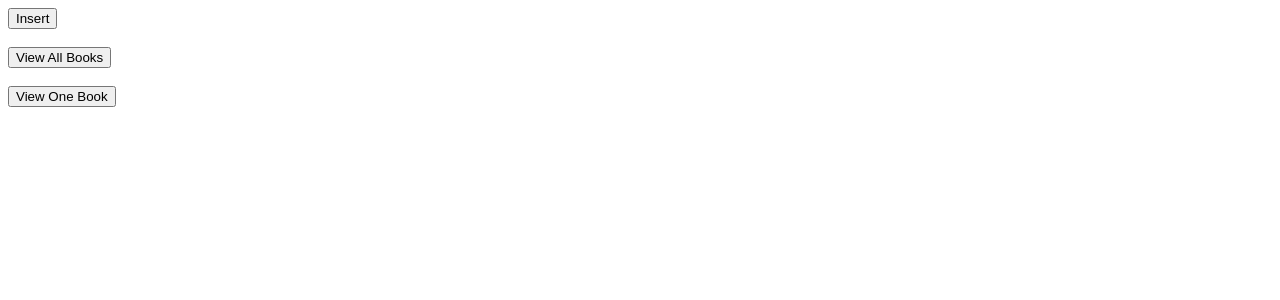
Repository: KoviAnusha/Typescript-files
Page: workspace-sts-3.9.9.RELEASE/BookHomeAssignment/WebContent/Index.html
The author's editor kept a copy of each file at every save. The page is drawn from the files as they stood at one save, then again after the next save.
The browser window is 1280 px wide. The pictures show the whole page.

Above is the page before, as saved 2019-08-23 16:35:28.

After the next save:
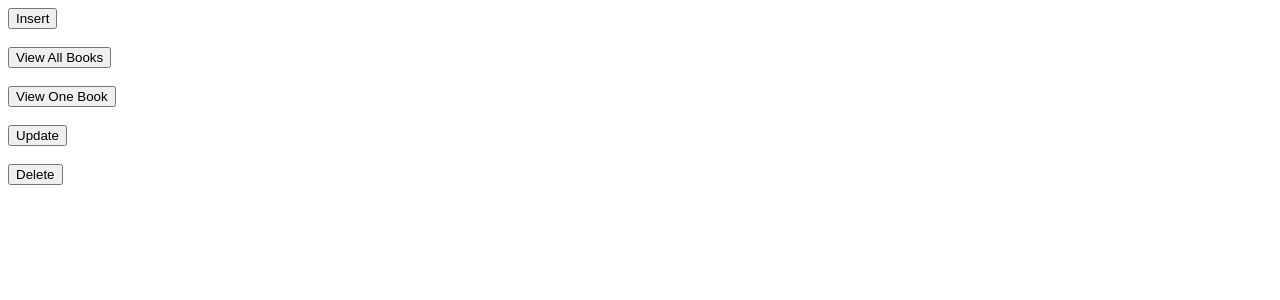
Saved 48 s later.
--- a/workspace-sts-3.9.9.RELEASE/BookHomeAssignment/WebContent/Index.html
+++ b/workspace-sts-3.9.9.RELEASE/BookHomeAssignment/WebContent/Index.html
@@ -9,6 +9,8 @@
 <a href="../InsertBooks.html"><button>Insert</button></a><br><br>
 <a href="../ViewAllBook.html"><button>View All Books</button></a><br><br>
 <a href="../ViewOneBook.html"><button>View One Book</button></a><br><br>
+<a href="../Update.html"><button>Update</button></a><br><br>
+<a href="../Delete.html"><button>Delete</button></a><br><br>
 </form>
 </body>
 </html>

After the save that followed:
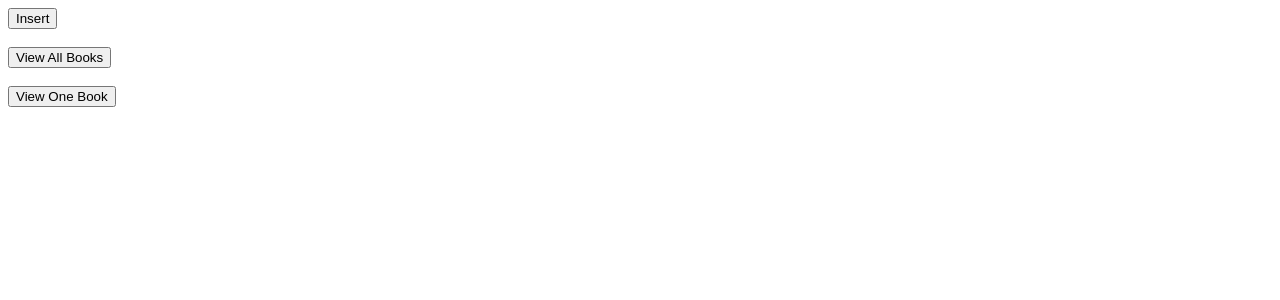
Saved 27 s later.
--- a/workspace-sts-3.9.9.RELEASE/BookHomeAssignment/WebContent/Index.html
+++ b/workspace-sts-3.9.9.RELEASE/BookHomeAssignment/WebContent/Index.html
@@ -9,8 +9,8 @@
 <a href="../InsertBooks.html"><button>Insert</button></a><br><br>
 <a href="../ViewAllBook.html"><button>View All Books</button></a><br><br>
 <a href="../ViewOneBook.html"><button>View One Book</button></a><br><br>
-<a href="../Update.html"><button>Update</button></a><br><br>
-<a href="../Delete.html"><button>Delete</button></a><br><br>
+<!-- <a href="../Update.html"><button>Update</button></a><br><br>
+<a href="../Delete.html"><button>Delete</button></a><br><br> -->
 </form>
 </body>
 </html>
